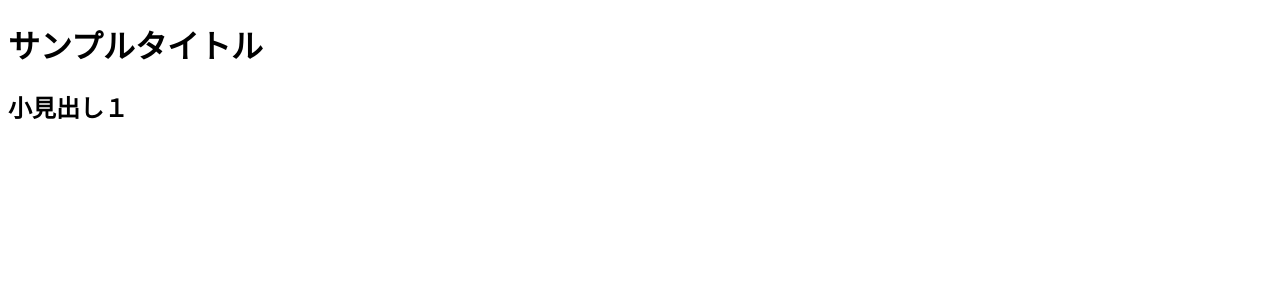
Repository: BenBen-san/Typing-Game
Page: 2nd Trial/js_training.html
The author's editor kept a record of every edit. The page is drawn from the files as they stood at one moment, then again after the next edit.
The browser window is 1280 px wide. The pictures show the whole page.

Above is the page before.

### 2nd Trial/js_training.html
<!DOCTYPE html>
<html lang="ja">
<head>
    <meta charset="UTF-8">
    <title>JavaScriptの学習</title>
    <style>
    </style>
</head>
<body>

    <h1>サンプルタイトル</h1>
    <h2>小見出し１</h2>

    <script>

    const sample = document.getElementsByClassName('sample');

    for(let i = 0; i < sample.length; i++){

        console.log(sample[i]);

    }


    </script>

</body>
</html>

After the next edit:
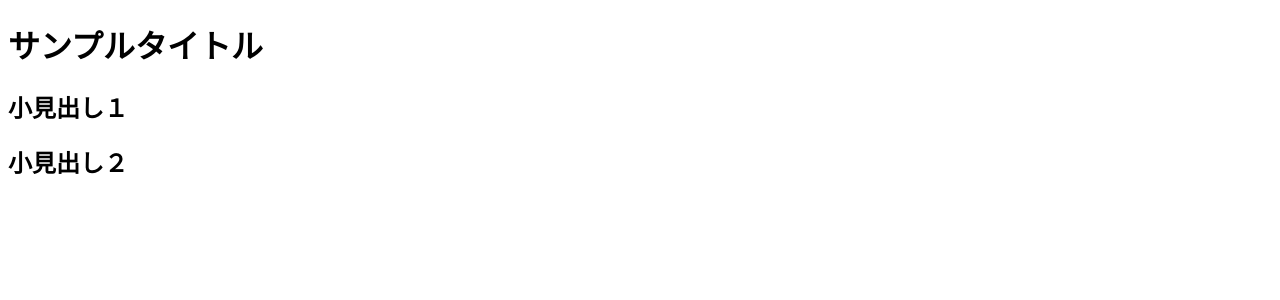
The edit:
--- a/2nd Trial/js_training.html
+++ b/2nd Trial/js_training.html
@@ -13,14 +13,10 @@
 
     <script>
 
-    const sample = document.getElementsByClassName('sample');
+   const h2 = document.createElement('h2');
+   h2.textContent = '小見出し２';
 
-    for(let i = 0; i < sample.length; i++){
-
-        console.log(sample[i]);
-
-    }
-
+   document.body.appendChild(h2);
 
     </script>
 
